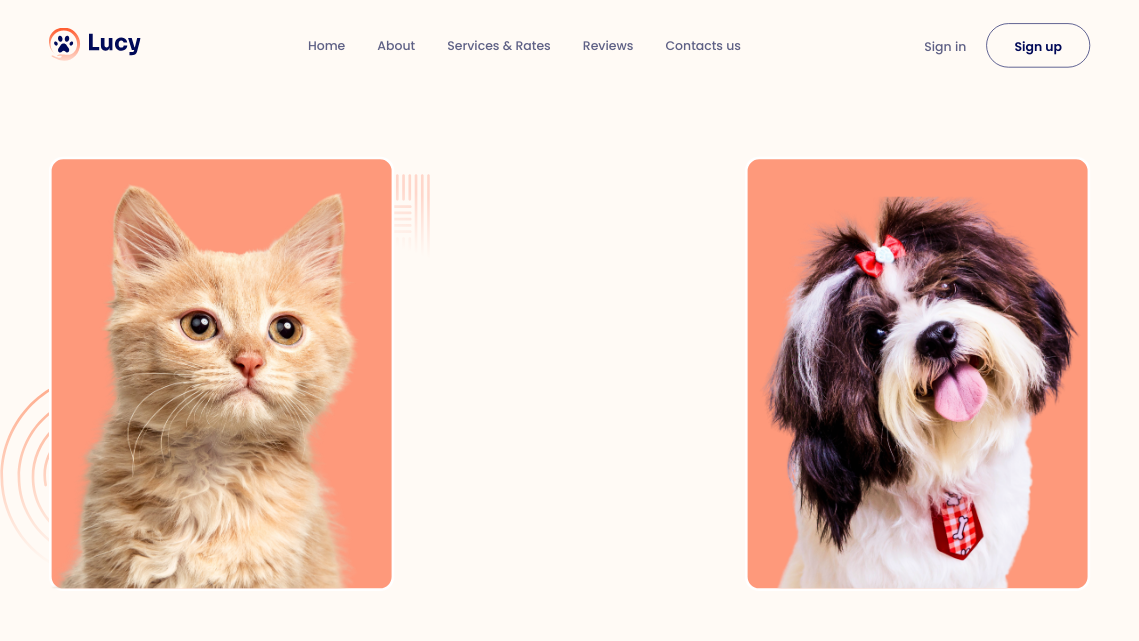
Repository: empty24062002/f8-project-05
Page: index.html
These files come from the project's save history. The page is drawn as it stood at one moment and after the next save; the edit follows.
The browser window is 1280 px wide. The pictures show the whole page, at 89% of full size.

Above is the page before, as saved 2023-09-09 17:30:14.

### index.html
<!DOCTYPE html>
<html lang="en">
    <head>
        <meta charset="UTF-8" />
        <meta name="viewport" content="width=device-width, initial-scale=1.0" />
        <title>Lucy</title>
        <!-- favicon -->
        <link
            rel="apple-touch-icon"
            sizes="57x57"
            href="./assets/favicon/apple-icon-57x57.png"
        />
        <link
            rel="apple-touch-icon"
            sizes="60x60"
            href="./assets/favicon/apple-icon-60x60.png"
        />
        <link
            rel="apple-touch-icon"
            sizes="72x72"
            href="./assets/favicon/apple-icon-72x72.png"
        />
        <link
            rel="apple-touch-icon"
            sizes="76x76"
            href="./assets/favicon/apple-icon-76x76.png"
        />
        <link
            rel="apple-touch-icon"
            sizes="114x114"
            href="./assets/favicon/apple-icon-114x114.png"
        />
        <link
            rel="apple-touch-icon"
            sizes="120x120"
            href="./assets/favicon/apple-icon-120x120.png"
        />
        <link
            rel="apple-touch-icon"
            sizes="144x144"
            href="./assets/favicon/apple-icon-144x144.png"
        />
        <link
            rel="apple-touch-icon"
            sizes="152x152"
            href="./assets/favicon/apple-icon-152x152.png"
        />
        <link
            rel="apple-touch-icon"
            sizes="180x180"
            href="./assets/favicon/apple-icon-180x180.png"
        />
        <link
            rel="icon"
            type="image/png"
            sizes="192x192"
            href="./assets/favicon/android-icon-192x192.png"
        />
        <link
            rel="icon"
            type="image/png"
            sizes="32x32"
            href="./assets/favicon/favicon-32x32.png"
        />
        <link
            rel="icon"
            type="image/png"
            sizes="96x96"
            href="./assets/favicon/favicon-96x96.png"
        />
        <link
            rel="icon"
            type="image/png"
            sizes="16x16"
            href="./assets/favicon/favicon-16x16.png"
        />
        <link rel="manifest" href="./assets/favicon/manifest.json" />
        <meta name="msapplication-TileColor" content="#ffffff" />
        <meta
            name="msapplication-TileImage"
            content="./assets/favicon/ms-icon-144x144.png"
        />
        <meta name="theme-color" content="#ffffff" />
        <!-- reset CSS -->
        <link rel="stylesheet" href="./assets/css/reset.css" />
        <!-- embed font -->
        <link rel="preconnect" href="https://fonts.googleapis.com" />
        <link rel="preconnect" href="https://fonts.gstatic.com" crossorigin />
        <link
            href="https://fonts.googleapis.com/css2?family=Poppins:wght@300;400;500;600&family=Sora:wght@600;700;800&display=swap"
            rel="stylesheet"
        />
        <!-- style css -->
        <link rel="stylesheet" href="./assets/css/styles.css" />
    </head>
    <body>
        <!-- header -->
        <header class="header">
            <div class="container">
                <div class="header__inner">
                    <!-- logo -->
                    <a href="#!">
                        <img
                            src="./assets/img/logo.svg"
                            alt="Lucy"
                            class="header__logo"
                        />
                    </a>
                    <!-- navbar -->
                    <nav class="navbar">
                        <ul class="navbar__list">
                            <li class="navbar__item">
                                <a href="#!" class="navbar__link"> Home </a>
                            </li>
                            <li class="navbar__item">
                                <a href="#!" class="navbar__link"> About </a>
                            </li>
                            <li class="navbar__item">
                                <a href="#!" class="navbar__link"
                                    >Services & Rates
                                </a>
                            </li>
                            <li class="navbar__item">
                                <a href="#!" class="navbar__link"> Reviews </a>
                            </li>
                            <li class="navbar__item">
                                <a href="#!" class="navbar__link">
                                    Contacts us
                                </a>
                            </li>
                        </ul>
                    </nav>
                    <!-- header action -->
                    <div class="header-action">
                        <a href="#!" class="header-action__link">Sign in</a>
                        <a href="#!" class="btn header-action__btn">Sign up</a>
                    </div>
                </div>
            </div>
        </header>
        <!-- hero -->
        <section class="hero">
            <div class="container">
                <div class="hero__inner">
                    <!-- hero media -->
                    <div class="hero__media">
                        <div class="hero__img-wrap">
                            <img
                                src="./assets/img/hero__img1.png"
                                alt=""
                                class="hero__img"
                            />

                            <!-- Decorators -->
                            <img
                                src="./assets/img/decor__01.svg"
                                alt=""
                                class="hero__decor hero__decor-left"
                            />
                            <img
                                src="./assets/img/decor__02.svg"
                                alt=""
                                class="hero__decor hero__decor-right"
                            />
                        </div>
                    </div>

                    <div class="hero__img-wrap hero__img-wrap-small">
                        <img
                            src="./assets/img/hero__img2.png"
                            alt=""
                            class="hero__img hero__img-small"
                        />
                    </div>
                </div>
                    <!-- hero content -->
                    <section class="hero__content"></section>
                </div>
            </div>
        </section>
    </body>
</html>

### assets/css/styles.css
* {
    box-sizing: border-box;
}

html {
    font-size: 62.5%;
}

body {
    font-size: 1.6rem;
    font-family: "Poppins", sans-serif;
    background: #fffaf5;
}

/* common */

h1,
h2,
h3,
h4,
h5,
h6 {
    font-family: "Sora", sans-serif;
}

input,
textarea,
select,
button {
    font-size: inherit;
    font-family: inherit;
}

a {
    text-decoration: none;
}

.container {
    width: 1170px;
    max-width: calc(100% - 48px);
    margin: 0 auto;
}

.btn {
    --height: 56px;

    display: inline-block;
    min-width: 130px;
    height: var(--height);
    line-height: var(--height);
    border: 1px solid rgb(0, 9, 88, 0.7);
    border-radius: 99px;
    color: #000958;
    text-align: center;
    font-size: 1.4rem;
    font-weight: 600;
}

.btn:hover {
    opacity: 0.8;
}

/* header */
.header {
    padding: 26px 0;
}

.header__inner {
    display: flex;
    justify-content: space-between;
    align-items: center;
}

.navbar__list {
    display: flex;
}

.navbar__link,
.header-action__link {
    padding: 8px 18px;
    color: #5e6085;
    font-size: 1.4rem;
    font-weight: 500;
    line-height: 1; /* 100% */
}

.navbar__link:hover {
    color: #000958;
    text-shadow: 1px 0 0 currentColor;
}

.header-action__btn {
    --height: 50px;

    min-width: 117px;
}

/* hero */
.hero {
    margin-top: 74px;
}

.hero__inner {
    display: flex;
    justify-content: space-between;
    align-items: center;
}

.hero__img-wrap {
    position: relative;
    display: flex;
    justify-content: center;
    align-items: flex-end;
    width: 388px;
    height: 488px;
    border: 3px solid #fff;
    border-radius: 16px;
    background: #fe997b;
}

.hero__img {
    max-width: 100%;
    max-height: 100%;
}

.hero__decor {
    position: absolute;
    z-index: -1;
}

.hero__decor-left {
    left: -58px;
    bottom: 10px;
}

.hero__decor-right {
    top: 16px;
    right: -43px;
}

.hero__img-small;

Loaded but not shown: assets/css/reset.css (common file)

After the next save:
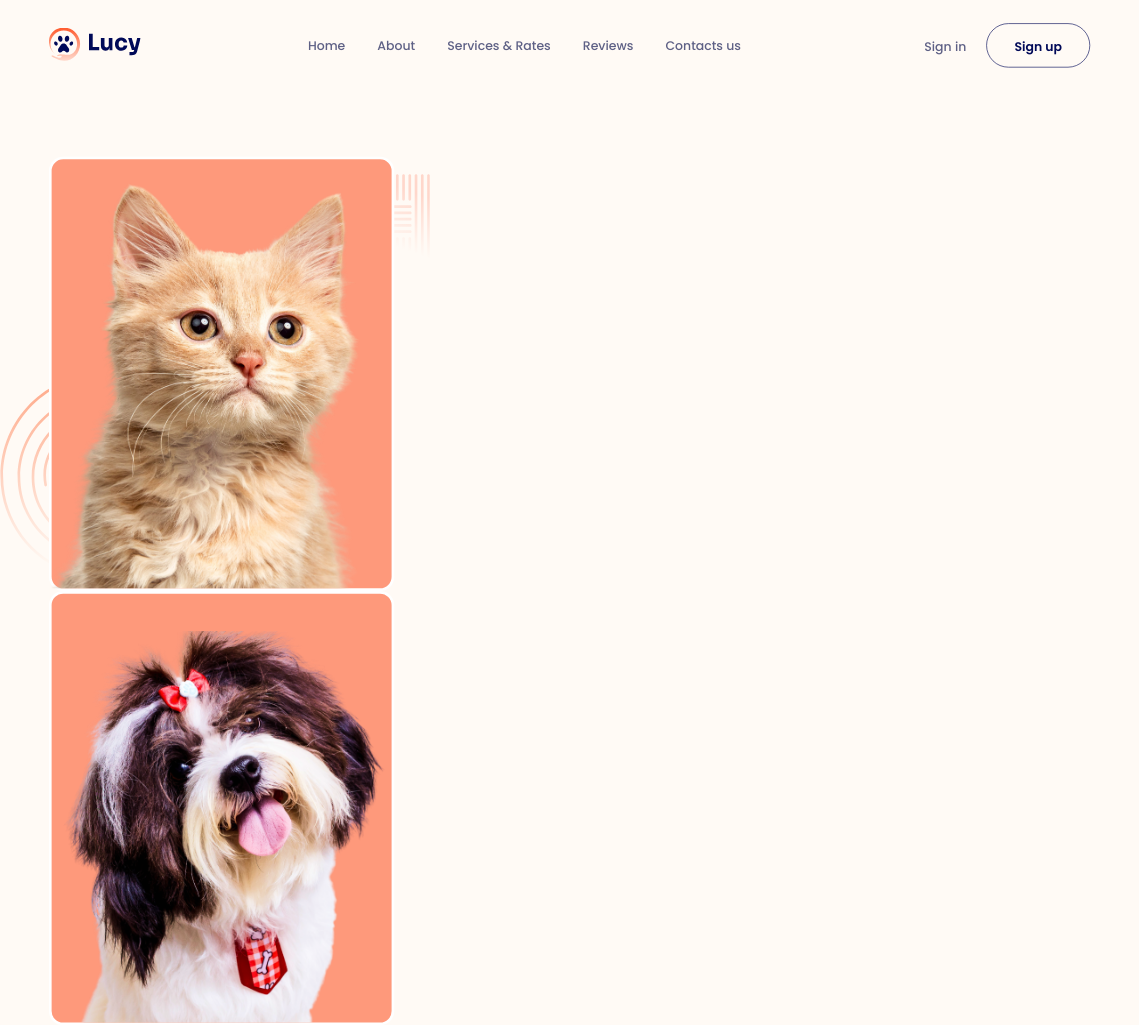
Saved 26 s later.
--- a/index.html
+++ b/index.html
@@ -163,14 +163,13 @@
                                 class="hero__decor hero__decor-right"
                             />
                         </div>
-                    </div>
-
-                    <div class="hero__img-wrap hero__img-wrap-small">
-                        <img
-                            src="./assets/img/hero__img2.png"
-                            alt=""
-                            class="hero__img hero__img-small"
-                        />
+                        <div class="hero__img-wrap hero__img-wrap-small">
+                            <img
+                                src="./assets/img/hero__img2.png"
+                                alt=""
+                                class="hero__img hero__img-small"
+                            />
+                        </div>
                     </div>
                 </div>
                     <!-- hero content -->
